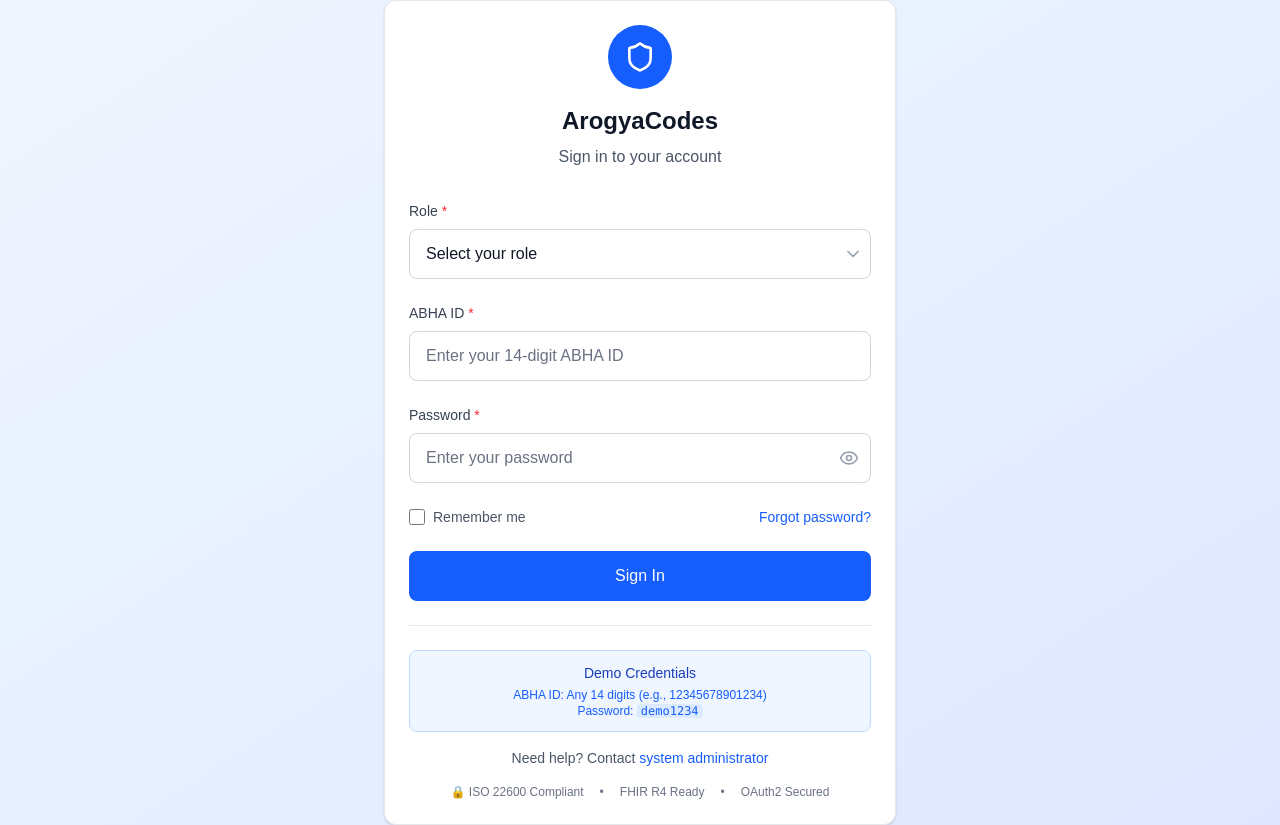
Repository: harshikabodekar/ArogyaCodes
Page: /
The author's editor kept a copy of each file at every save. The page is drawn from the files as they stood at one save, then again after the next save.
The browser window is 1280 px wide. The pictures show the whole page.
The project was rebuilt for these pictures with package versions that can differ from the ones it lists, and the page was loaded fresh each time. The framework's server and built-in components were replaced by stand-ins that run in the browser. Also part of the build but not shown: next.config.mjs, src/components/ui/Badge.js, src/components/layout/Navbar.js, src/components/layout/Sidebar.js, src/components/ui/Toast.js, src/components/ui/Loader.js, src/components/layout/Layout.js, src/components/doctor/Dashboard.js and 10 more.

Above is the page before, as saved 2025-09-26 12:39:49.

After the next save:
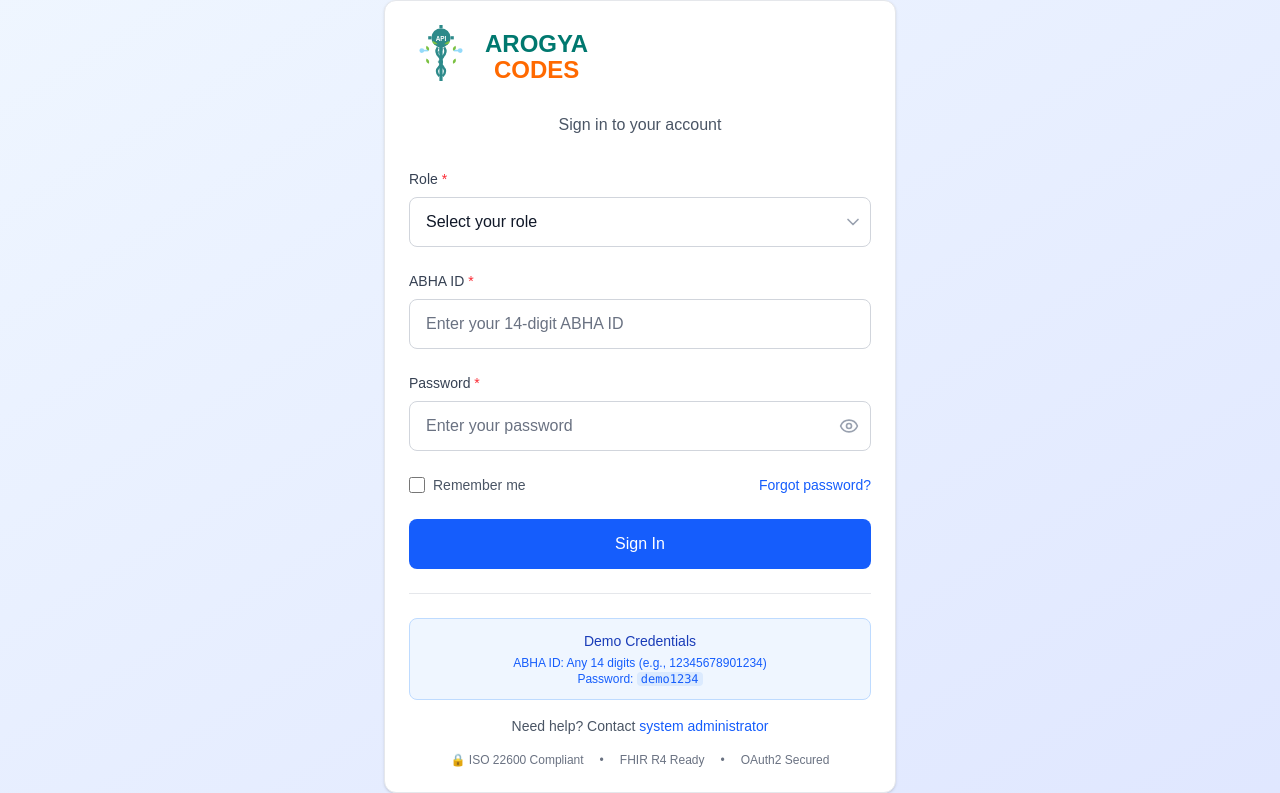
Saved 14 s later.
--- a/src/components/ui/LoginForm.js
+++ b/src/components/ui/LoginForm.js
@@ -105,11 +105,10 @@ export default function LoginForm({ onLogin, loading }) {
               initial={{ scale: 0 }}
               animate={{ scale: 1 }}
               transition={{ delay: 0.2, type: 'spring' }}
-              className="mx-auto w-16 h-16 bg-blue-600 rounded-full flex items-center justify-center mb-4"
+              className="mx-auto mb-6"
             >
-              <Shield className="w-8 h-8 text-white" />
+              <ArogyaLogoLarge showText={true} />
             </motion.div>
-            <h1 className="text-2xl font-bold text-gray-900 mb-2">ArogyaCodes</h1>
             <p className="text-gray-600">Sign in to your account</p>
           </div>
 
